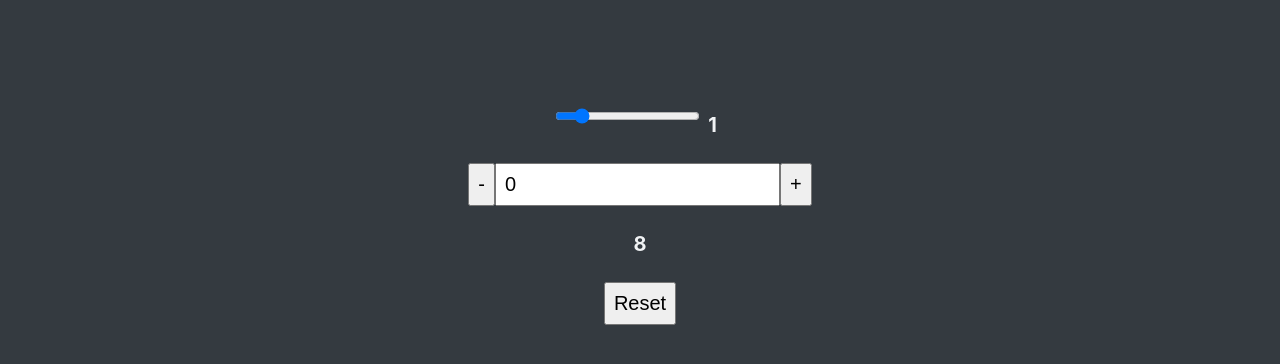
Repository: Zedestar/react-quiz-app
Page: /
An editor plug-in stored every save of this project. The page is shown before and after a run of saves, followed by the edit.
The browser window is 1280 px wide. The pictures show the whole page.
The project was rebuilt for these pictures with package versions that can differ from the ones it lists, and the page was loaded fresh each time.

Above is the page before, as saved 2025-07-16 14:18:39.

After the next 2 saves:
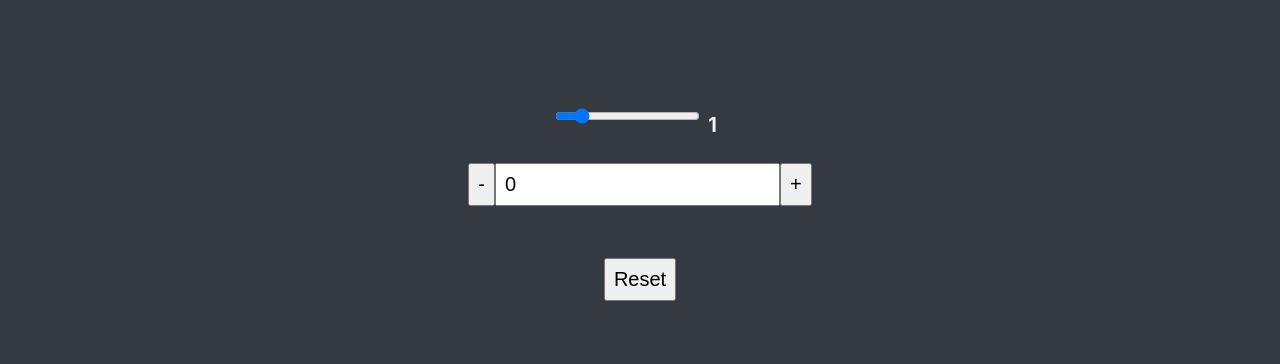
The 2 saves are shown as one change because 1 did not build or start.
The last was saved 25 s later.
--- a/src/DateCounter.js
+++ b/src/DateCounter.js
@@ -42,8 +42,7 @@
   };
 
   const counter = useSelector((state) => state.counter.value);
-  const dateValue = 8;
-  //  useSelector((state) => state.dateCounter.value);
+  const dateValue = useSelector((state) => state.dateCounter);
   const dispach = useDispatch();
 
   return (
